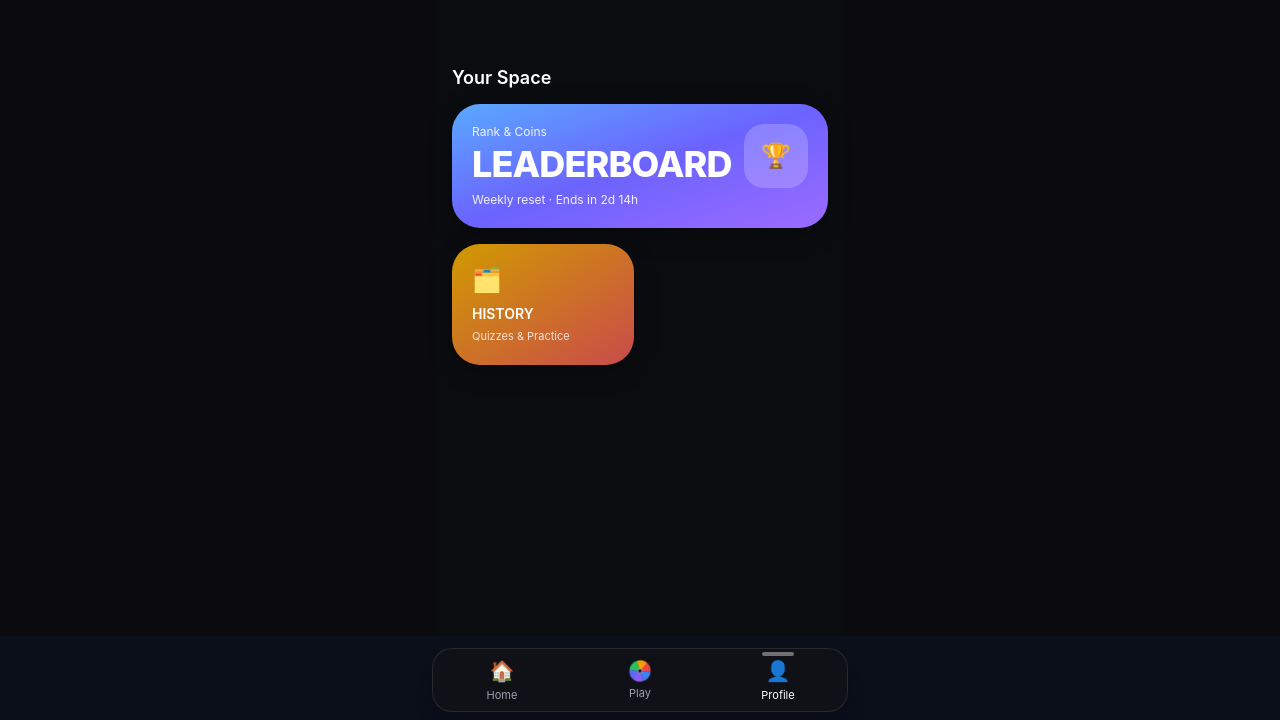
Repository: nirmaldas07/quizify-app
Page: /profile
These files come from the project's save history. The page is drawn as it stood at one moment and after the next save; the edit follows.
The browser window is 1280 px wide. The pictures show the whole page.
The project was rebuilt for these pictures with package versions that can differ from the ones it lists, and the page was loaded fresh each time. Also part of the build but not shown: src/components/ConfirmStartSheet.jsx, src/components/CoinFly.jsx, src/components/Home.jsx, src/components/Play.jsx, src/components/Quiz.jsx, src/components/PartySpin.jsx, src/components/Profile/Screen.jsx, src/components/Profile/Leaderboard.jsx and 1 more.

Above is the page before, as saved 2025-08-25 14:29:36.

After the next save:
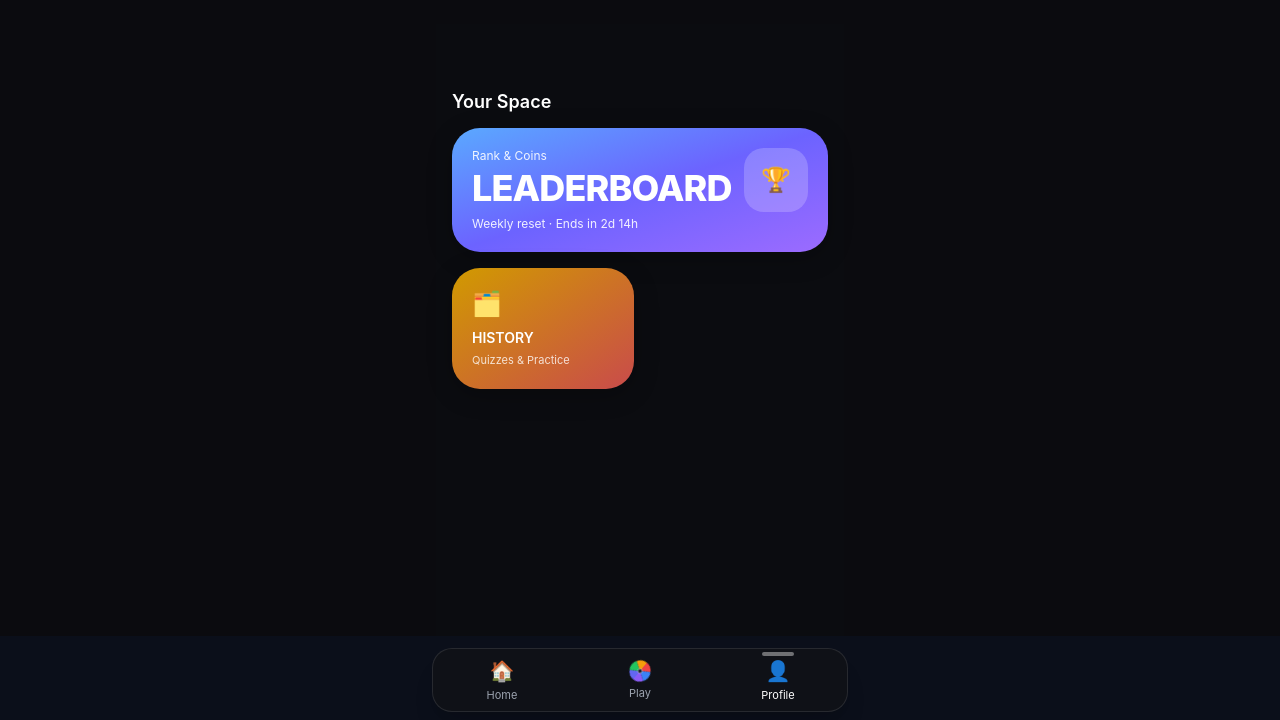
Saved 2 min 0 s later.
--- a/src/components/Layout.jsx
+++ b/src/components/Layout.jsx
@@ -203,7 +203,7 @@ export default function Layout() {
             height: hideNav
             ? "100dvh"
             : "calc(100dvh - (5.25rem + env(safe-area-inset-bottom)))",
-            paddingTop: "env(safe-area-inset-top)",
+            paddingTop: "calc(env(safe-area-inset-top) + 24px)", // add 24px top space
             overflowY: "auto",
             transform: pulling ? `translateY(${pullDist}px)` : undefined,
             transition: (pulling || refreshing) ? "transform 0.3s ease" : undefined,
